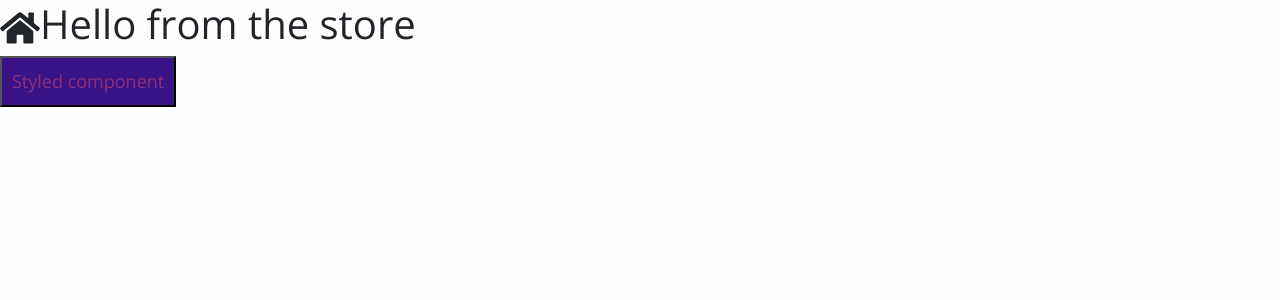
Repository: CaptainStorm21/react16-techstore
Page: /
The author's editor kept a copy of each file at every save. The page is drawn from the files as they stood at one save, then again after a run of saves.
The browser window is 1280 px wide. The pictures show the whole page.
Some web fonts or font styles are not loaded; a fallback is used. The project was rebuilt for these pictures with package versions that can differ from the ones it lists, and the page was loaded fresh each time.

Above is the page before, as saved 2020-05-07 01:05:05.

After the next 2 saves:
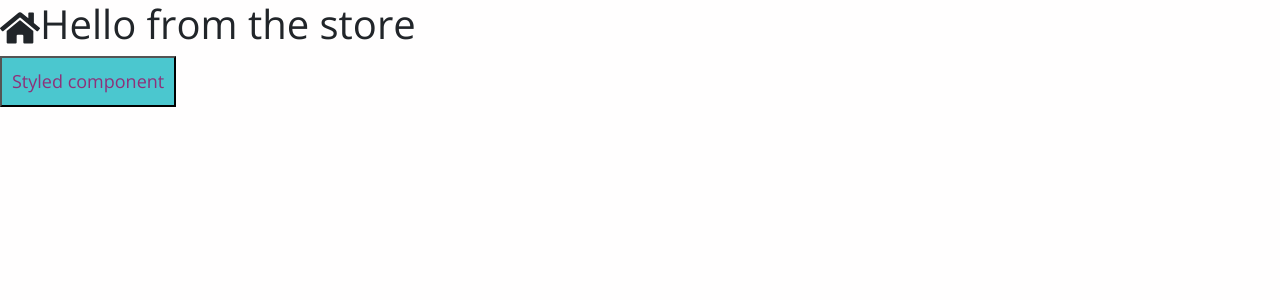
The 2 saves are shown as one change because they came seconds apart.
The last was saved 21 s later.
--- a/src/App.js
+++ b/src/App.js
@@ -17,7 +17,7 @@ function App() {
 
 const Button = styled.button`
 color: #8E3179;
-background: #391285;
+background: #4BC7CF;
 font-size: 18px;
 padding: 10px;
 
